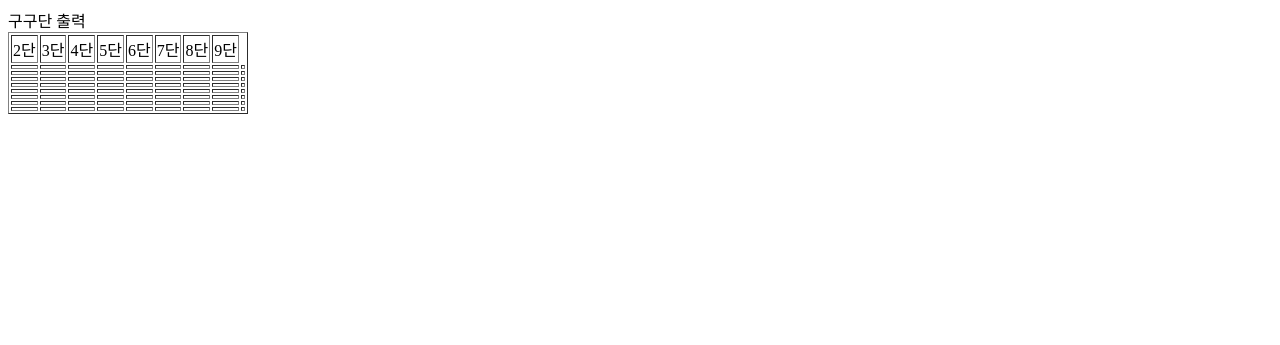
Repository: parkmyounghoi/20201113
Page: http://localhost/20201109/ex0501.jsp
The author's editor kept a copy of each file at every save. The page is drawn from the files as they stood at one save, then again after the next save.
The browser window is 1280 px wide. The pictures show the whole page.
The page is served by Tomcat 9.

Above is the page before, as saved 2020-11-09 02:23:48.

### 20201109/WebContent/ex0501.jsp
<%@ page language="java" contentType="text/html; charset=UTF-8"
    pageEncoding="UTF-8"%>
<!DOCTYPE html>
<html>
<head>
<meta charset="UTF-8">
<title>Insert title here</title>
</head>
<body>
구구단 출력
<table border="1">
	<tr>
		<td>2단</td><td>3단</td><td>4단</td><td>5단</td>
		<td>6단</td><td>7단</td><td>8단</td><td>9단</td>
	</tr>
<%
	for(int i = 2; i<10; i++){
		out.println("<tr>");
		for(int j = 1; j<10; j++){
			out.println("<td>"+"</td>");
		}
		out.println("</tr>");
	}
%>
</table>
</body>
</html>

After the next save:
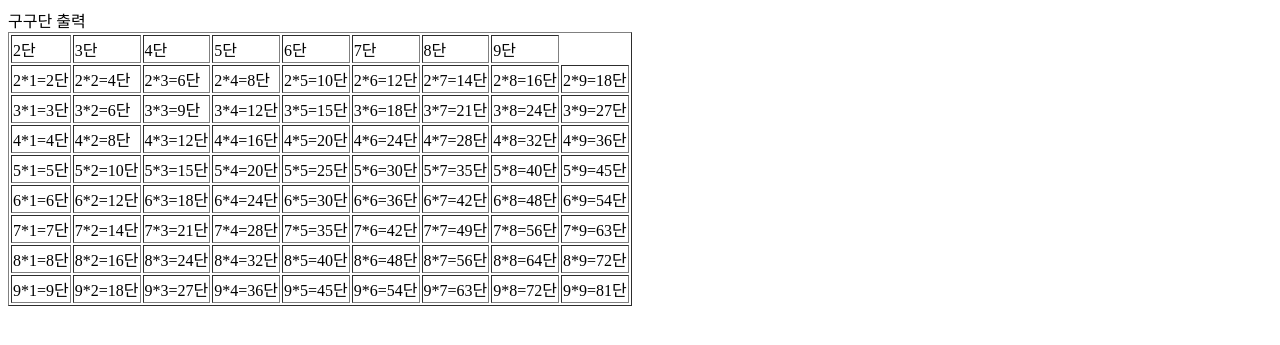
Saved 35 s later.
--- a/20201109/WebContent/ex0501.jsp
+++ b/20201109/WebContent/ex0501.jsp
@@ -17,7 +17,7 @@
 	for(int i = 2; i<10; i++){
 		out.println("<tr>");
 		for(int j = 1; j<10; j++){
-			out.println("<td>"+"</td>");
+			out.println("<td>"+i+"*"+j+"="+(j*i)+"단</td>");
 		}
 		out.println("</tr>");
 	}
